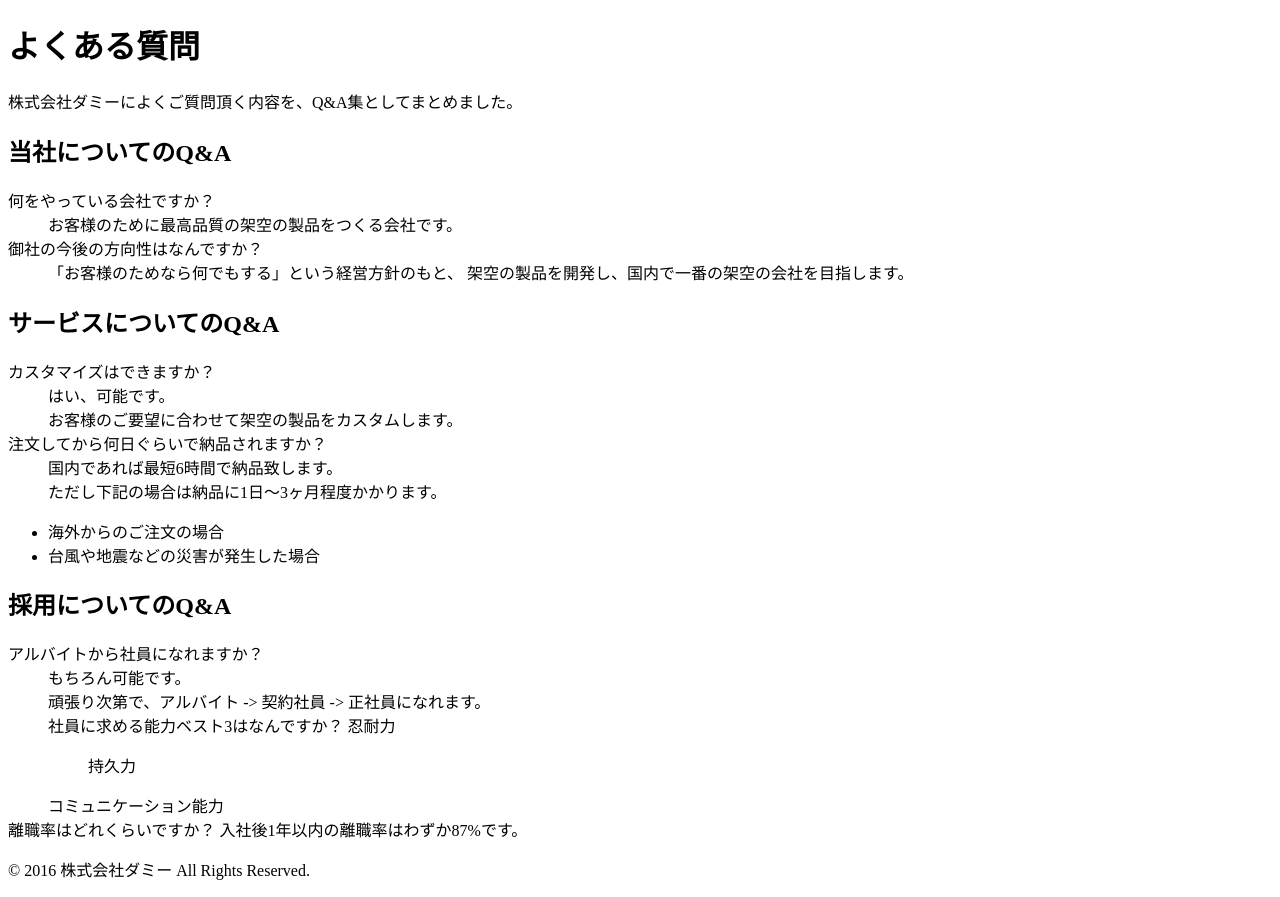
Repository: winc1980/practice-hp2022-wednesday
Page: ruka/practice1.html
These files come from the project's save history. The page is drawn as it stood at one moment and after the next save; the edit follows.
The browser window is 1280 px wide. The pictures show the whole page.

Above is the page before, as saved 2022-05-26 00:29:28.

### ruka/practice1.html
<!DOCTYPE html>
<html lang="ja">
<head>
    <meta charset="UTF-8">
    <meta http-equiv="X-UA-Compatible" content="IE=edge">
    <meta name="viewport" content="width=device-width, initial-scale=1.0">
    <title>よくある質問 | 架空の株式会社ダミー</title>
</head>
<body>
    <h1>よくある質問</h1>

<p>
株式会社ダミーによくご質問頂く内容を、Q&A集としてまとめました。
</p>

<h2>当社についてのQ&A</h2>


何をやっている会社ですか？
<dd>
お客様のために最高品質の架空の製品をつくる会社です。
</dd>

御社の今後の方向性はなんですか？
<dd>
「<span>お客様のためなら何でもする</span>」という経営方針のもと、
架空の製品を開発し、<span font-weight="400">国内で一番の架空の会社を目指します。</span>
</dd>


<h2>サービスについてのQ&A</h2>

カスタマイズはできますか？
<dd>
はい、可能です。<br>
お客様のご要望に合わせて架空の製品をカスタムします。
</dd>

注文してから何日ぐらいで納品されますか？
<dd>
国内であれば最短6時間で納品致します。<br>
ただし下記の場合は納品に1日〜3ヶ月程度かかります。
</dd>
<ul>
<li>
海外からのご注文の場合
</li>
<li>
台風や地震などの災害が発生した場合
</li>
</ul>
<h2>採用についてのQ&A</h2>

アルバイトから社員になれますか？
<dd>
もちろん可能です。<br>
頑張り次第で、アルバイト -> 契約社員 -> 正社員になれます。
<dd>
社員に求める能力ベスト3はなんですか？

<d>忍耐力</d>
<ol>持久力</ol>
<l>コミュニケーション能力</l>
</dd>


離職率はどれくらいですか？
入社後1年以内の離職率は<span>わずか</span>87%です。
<p>
© 2016 株式会社ダミー All Rights Reserved.
</p>
</body>
</html>

After the next save:
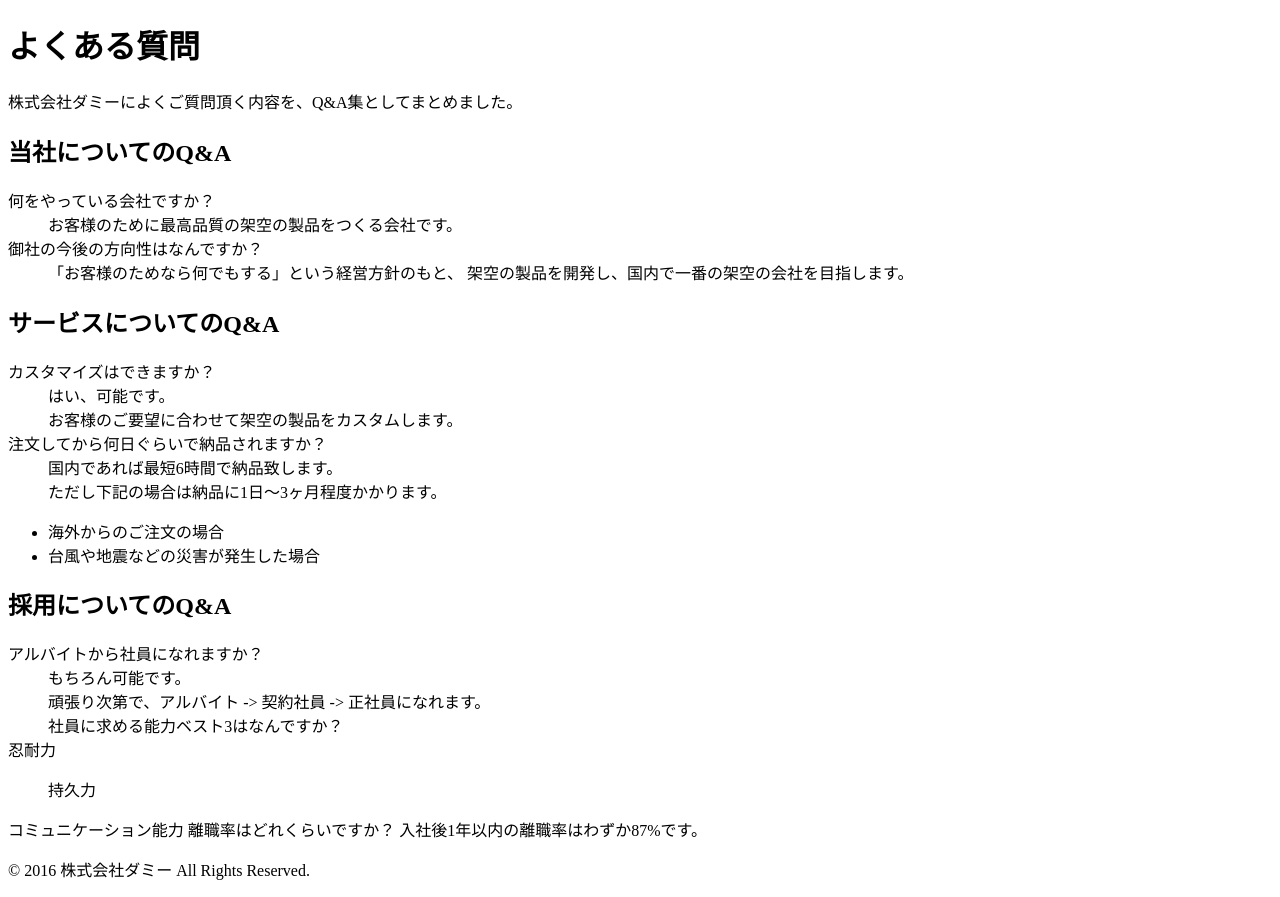
Saved 6 s later.
--- a/ruka/practice1.html
+++ b/ruka/practice1.html
@@ -58,7 +58,7 @@
 <dd>
 社員に求める能力ベスト3はなんですか？
 
-<d>忍耐力</d>
+<dt>忍耐力</dt>
 <ol>持久力</ol>
 <l>コミュニケーション能力</l>
 </dd>
